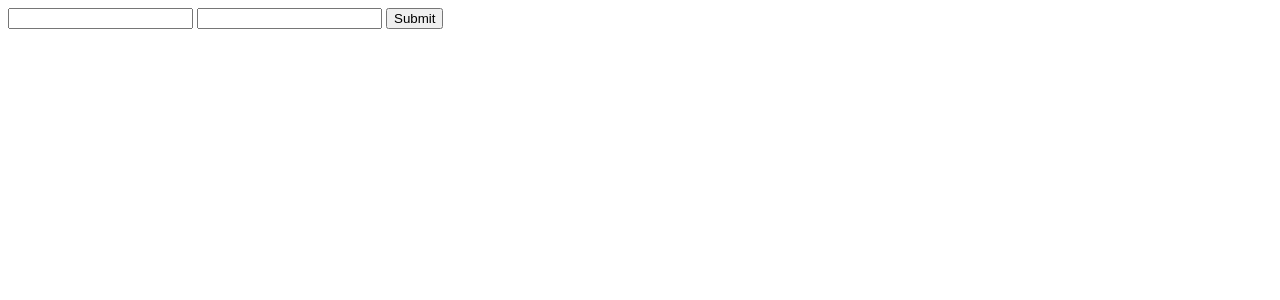
Repository: Seonhanbit/dev
Page: web_sub/WebDay04/WebContent/index.html
An editor plug-in stored every save of this project. The page is shown before and after the next save, followed by the edit.
The browser window is 1280 px wide. The pictures show the whole page.

Above is the page before, as saved 2019-09-25 09:34:28.

After the next save:
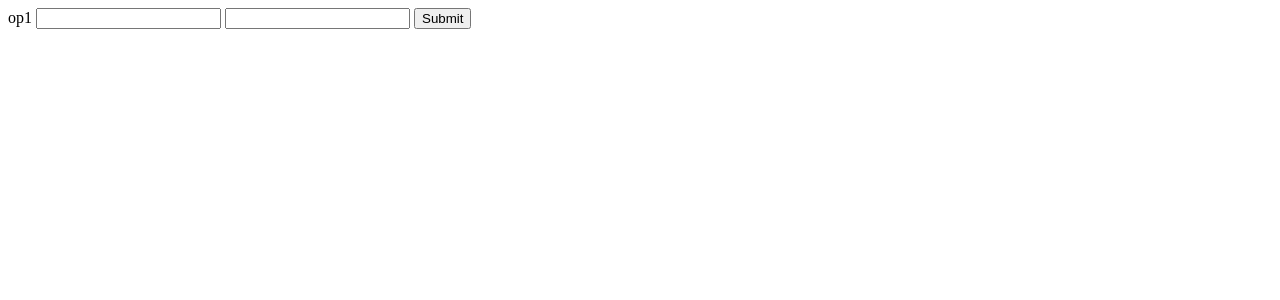
Saved 22 s later.
--- a/web_sub/WebDay04/WebContent/index.html
+++ b/web_sub/WebDay04/WebContent/index.html
@@ -6,6 +6,7 @@
 </head>
 <body>
 	<form action="web.do">
+		<label for="op1">op1</label>
 		<input id="op1" type ="number" value="" name="pop1">
 		<input id="op2" type ="number" value="" name="pop2">
 		<input type ="submit">
